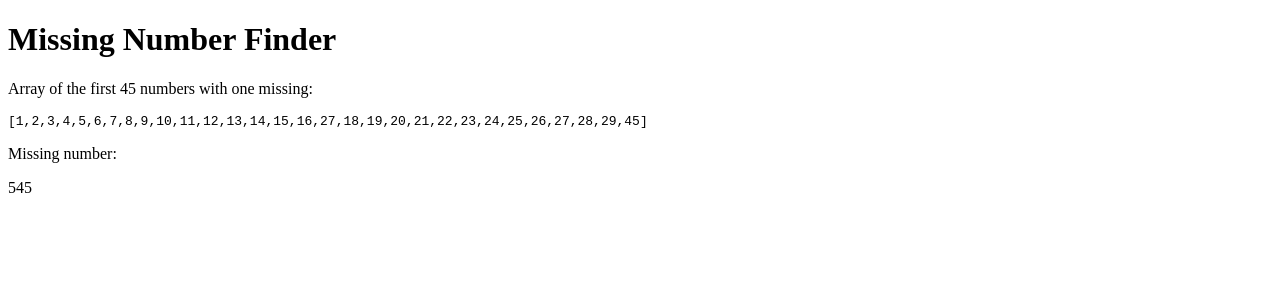
Repository: devblackie/missingNumberFinder
Page: index.html
An editor plug-in stored every save of this project. The page is shown before and after the next save, followed by the edit.
The browser window is 1280 px wide. The pictures show the whole page.

Above is the page before, as saved 2023-08-23 14:48:55.

After the next save:
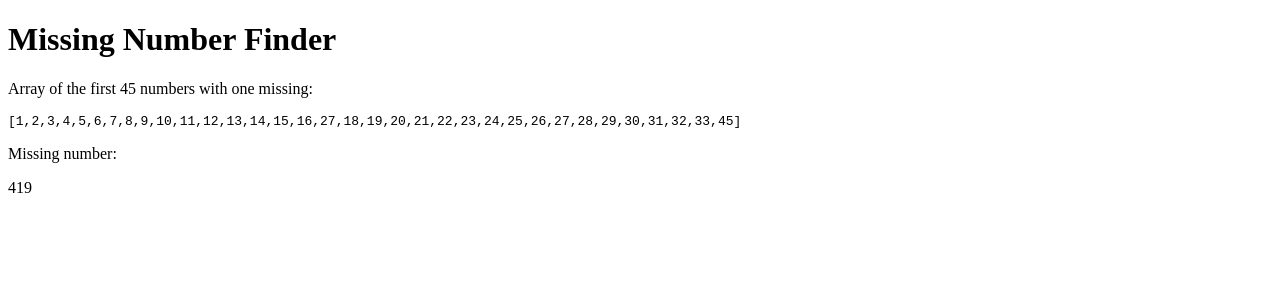
Saved 8 s later.
--- a/index.js
+++ b/index.js
@@ -6,7 +6,7 @@ function findMissingNumber(arr) {
     return totalSum - arraySum;
   }
 
-  const numbers = [1, 2, 3,4,5,6,7,8,9,10,11,12,13,14,15,16,27,18,19,20,21,22,23,24,25,26,27,28,29, 45]; // Array of the first 45 numbers with one missing
+  const numbers = [1, 2, 3,4,5,6,7,8,9,10,11,12,13,14,15,16,27,18,19,20,21,22,23,24,25,26,27,28,29,30,31,32,33, 45]; // Array of the first 45 numbers with one missing
   const missingNumber = findMissingNumber(numbers);
 
   document.getElementById("numbers").textContent = JSON.stringify(numbers);
